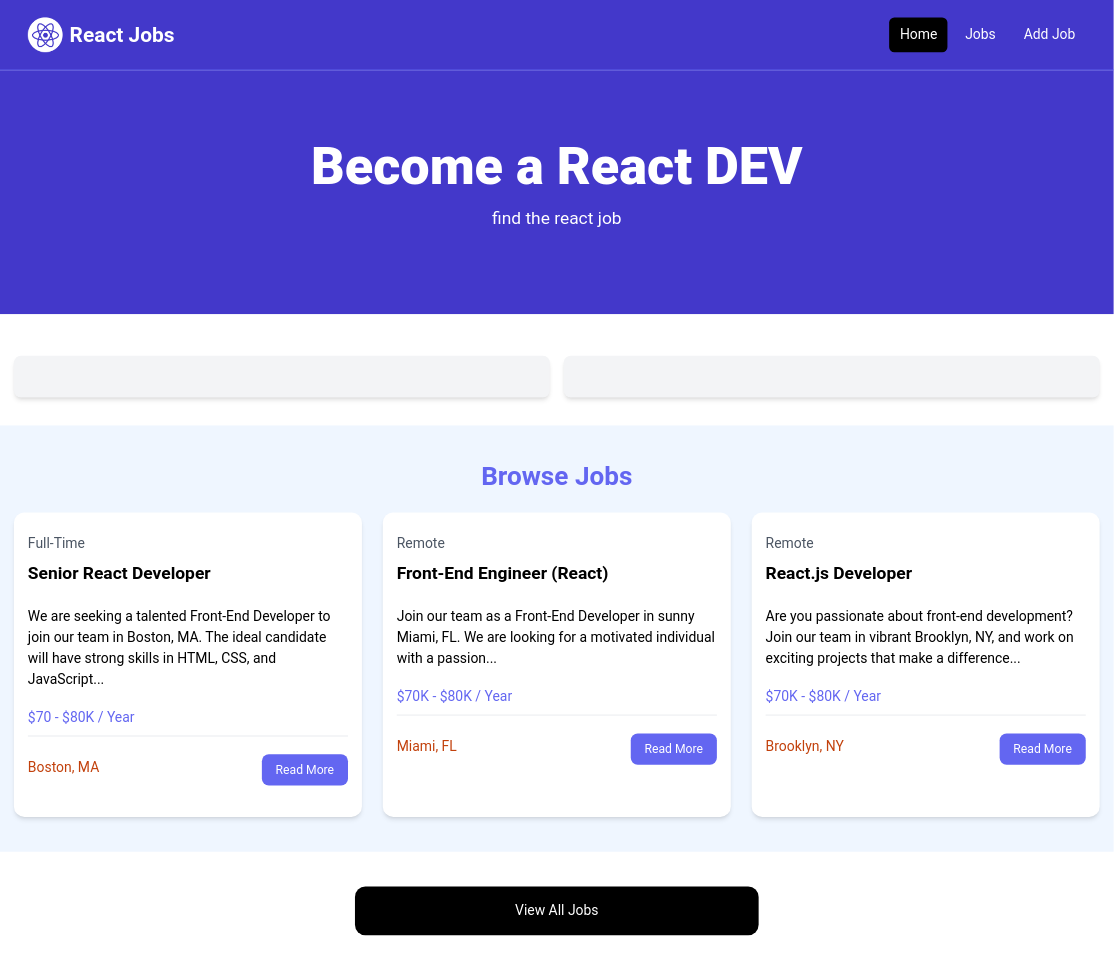
Repository: Geohot-2020/React_setup
Page: / (app in react-crash-2024/)
An editor plug-in stored every save of this project. The page is shown before and after a run of saves, followed by the edit.
The browser window is 1280 px wide. The pictures show the whole page, at 87% of full size.
The project was rebuilt for these pictures with package versions that can differ from the ones it lists, and the page was loaded fresh each time. Also part of the build but not shown: react-crash-2024/vite.config.js.

Above is the page before, as saved 2024-11-13 15:36:13.

After the next 3 saves:
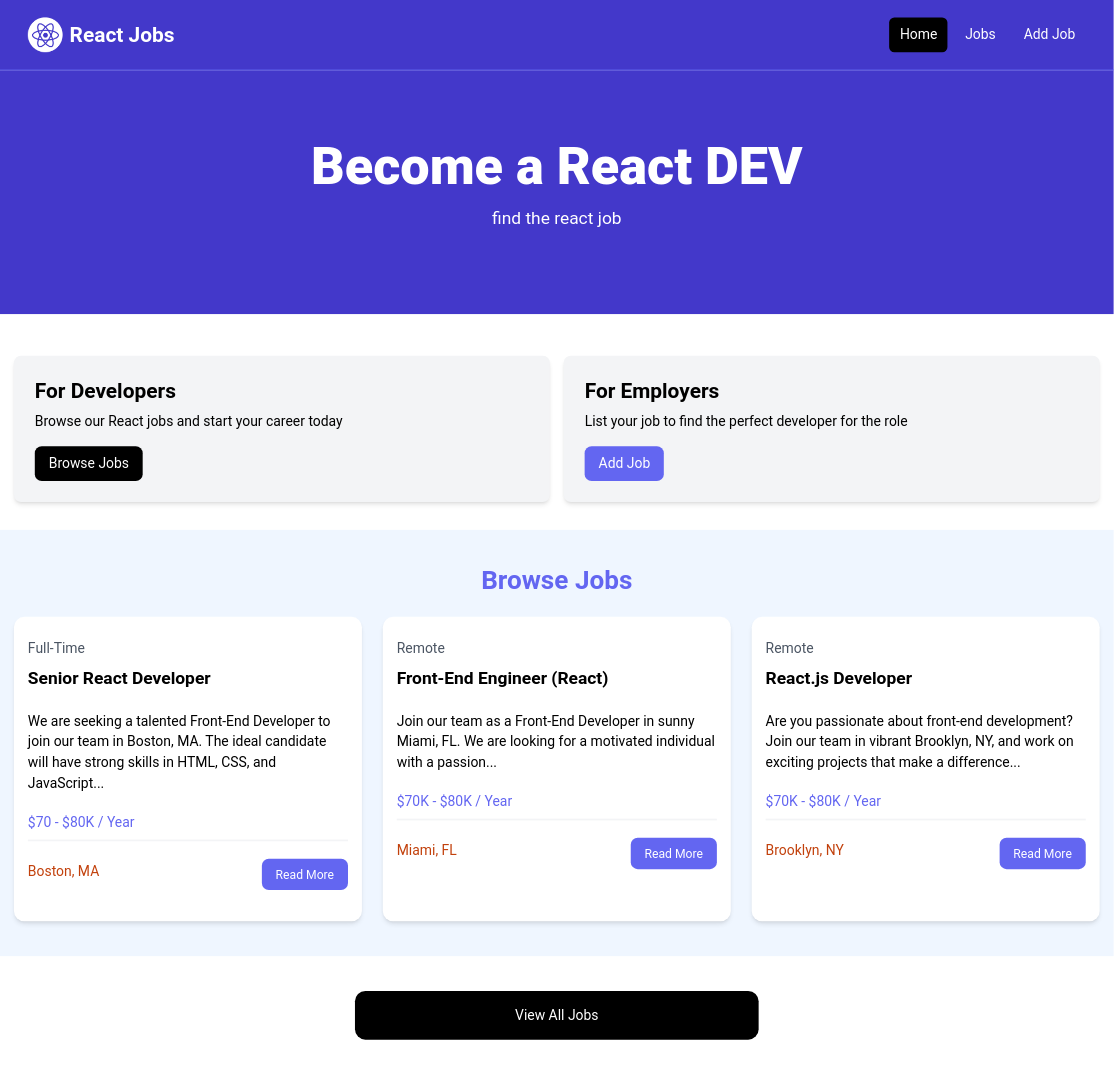
The 3 saves are shown as one change because 1 did not build or start and some came seconds apart.
The last was saved 2 min 27 s later.
--- a/react-crash-2024/src/components/Card.jsx
+++ b/react-crash-2024/src/components/Card.jsx
@@ -1,8 +1,10 @@
 import React from 'react'
 
-const Card = ({children}) => {
+const Card = ({children, bg = 'bg-gray-100'}) => {
   return (
-    <div className='bg-gray-100 p-6 rounded-lg shadow-md'></div>
+    <div className='bg-gray-100 p-6 rounded-lg shadow-md'>
+        {children}
+    </div>
   )
 }
 
